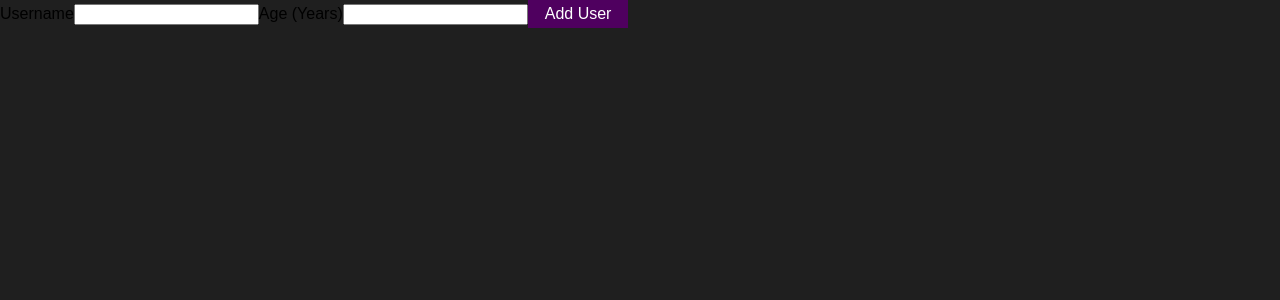
Repository: otvertka/MSC_4
Page: /
An editor plug-in stored every save of this project. The page is shown before and after the next save, followed by the edit.
The browser window is 1280 px wide. The pictures show the whole page.
The project was rebuilt for these pictures with package versions that can differ from the ones it lists, and the page was loaded fresh each time. Also part of the build but not shown: src/components/Card/Card.modules.css.

Above is the page before, as saved 2023-07-05 14:35:20.

### src/App.js
import React from "react";
import AddUser from "./components/AddUser/AddUser";

function App() {
  return (
    <>
      <AddUser />
    </>
  );
}

export default App;

### src/components/AddUser/AddUser.js
import React from "react";
import classes from "./AddUser.module.css";
import Button from "../Button/Button";
import Card from "../Card/Card";

const AddUser = (props) => {
  const addUserHandler = (event) => {
    event.preventDefault();
  };

  return (
    <Card className={classes.input}>
      <form onSubmit={addUserHandler}>
        {/* <div className={classes.input}> */}
        <label htmlFor="username">Username</label>
        <input id="username" type="text" />
        <label htmlFor="age">Age (Years)</label>
        <input id="age" type="number" />
        {/* </div> */}
        <Button />
      </form>
    </Card>
  );
};

export default AddUser;

### src/components/Button/Button.js
import React from "react";
import classes from "./Button.module.css";
const Button = () => {
  return (
    <button type="submit" className={classes.button}>
      Add User
    </button>
  );
};

export default Button;

### src/components/Card/Card.js
import React from "react";
import classes from "./Card.modules.css";

const Card = (props) => {
  return <div className={`${classes.card}`}>{props.children}</div>; // обернёт содержимое между своими тегами
};

export default Card;

Loaded but not shown: public/index.html (common file); src/index.js (common file); src/index.css (common file); src/components/Button/Button.module.css (common file); src/components/AddUser/AddUser.module.css (common file)

After the next save:
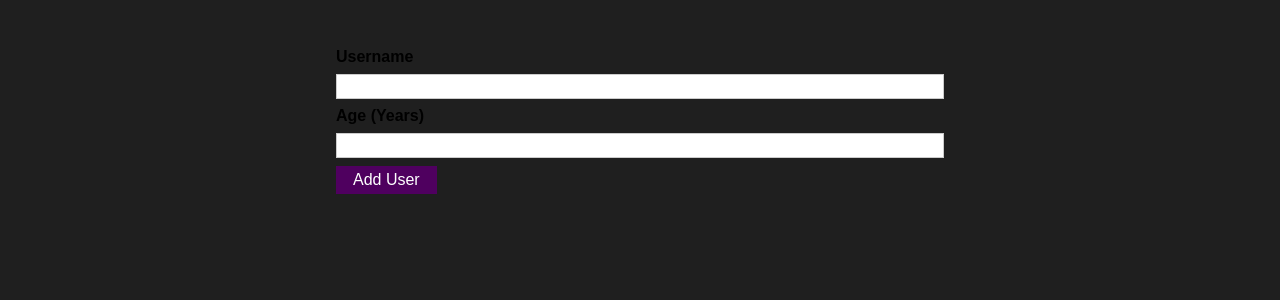
Saved 33 s later.
--- a/src/components/Card/Card.js
+++ b/src/components/Card/Card.js
@@ -2,7 +2,9 @@ import React from "react";
 import classes from "./Card.modules.css";
 
 const Card = (props) => {
-  return <div className={`${classes.card}`}>{props.children}</div>; // обернёт содержимое между своими тегами
+  return (
+    <div className={`${classes.card} ${props.className}`}>{props.children}</div>
+  ); // обернёт содержимое между своими тегами
 };
 
 export default Card;
